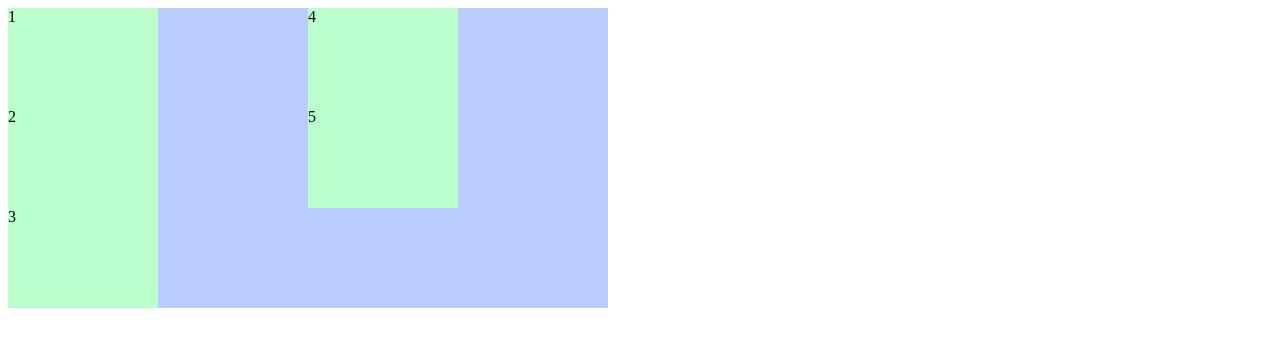
Repository: liutian97/learn1
Page: 移动端web开发/代码/2. Flex 伸缩布局/08-flex-flow复合属性.html
These files come from the project's save history. The page is drawn as it stood at one moment and after the next save; the edit follows.
The browser window is 1280 px wide. The pictures show the whole page.

Above is the page before, as saved 2022-07-02 17:40:01.

### 移动端web开发/代码/2. Flex 伸缩布局/08-flex-flow复合属性.html
<!DOCTYPE html>
<html lang="en">

<head>
  <meta charset="UTF-8">
  <meta name="viewport" content="width=device-width, initial-scale=1.0">
  <meta http-equiv="X-UA-Compatible" content="ie=edge">
  <title>Document</title>
  <style>
    div {
      display: flex;
      width: 600px;
      height: 300px;
      background-color: #bcf;
      flex-direction: column;
      flex-wrap: wrap;
      /* flex-direction: column;
            flex-wrap: wrap; */
      /* 把设置主轴方向和是否换行（换列）简写 */
      /* flex-flow: column wrap; */
    }

    div span {
      width: 150px;
      height: 100px;
      background-color: #bfc;
    }
  </style>
</head>

<body>
  <div>
    <span>1</span>
    <span>2</span>
    <span>3</span>
    <span>4</span>
    <span>5</span>
  </div>
</body>

</html>

After the next save:
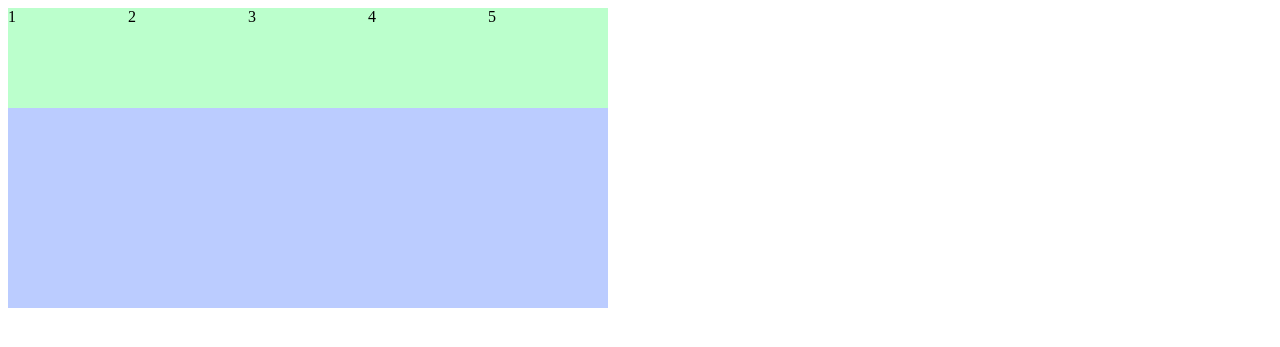
Saved 10 s later.
--- a/移动端web开发/代码/2. Flex 伸缩布局/08-flex-flow复合属性.html
+++ b/移动端web开发/代码/2. Flex 伸缩布局/08-flex-flow复合属性.html
@@ -12,8 +12,8 @@
       width: 600px;
       height: 300px;
       background-color: #bcf;
-      flex-direction: column;
-      flex-wrap: wrap;
+      /* flex-direction: column;
+      flex-wrap: wrap; */
       /* flex-direction: column;
             flex-wrap: wrap; */
       /* 把设置主轴方向和是否换行（换列）简写 */

After the 2 saves that followed:
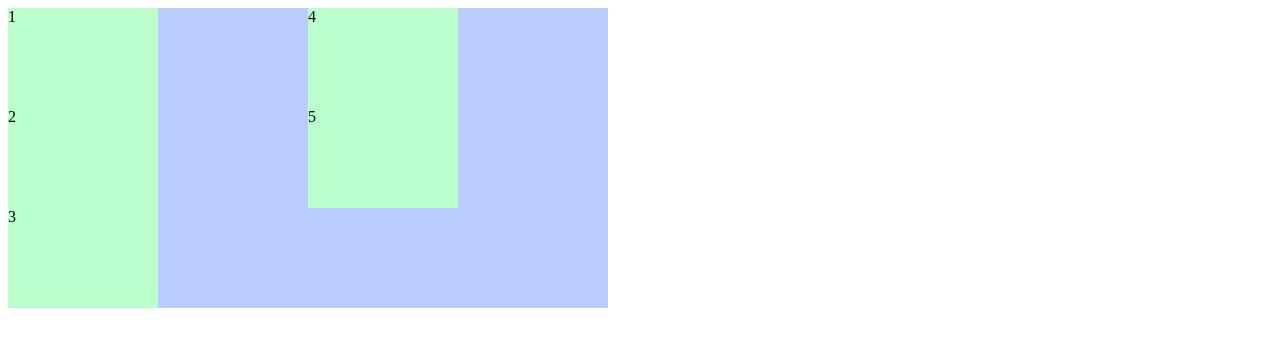
The 2 saves are shown as one change because 1 left the picture as it was.
The last was saved 13 s later.
--- a/移动端web开发/代码/2. Flex 伸缩布局/08-flex-flow复合属性.html
+++ b/移动端web开发/代码/2. Flex 伸缩布局/08-flex-flow复合属性.html
@@ -14,10 +14,8 @@
       background-color: #bcf;
       /* flex-direction: column;
       flex-wrap: wrap; */
-      /* flex-direction: column;
-            flex-wrap: wrap; */
       /* 把设置主轴方向和是否换行（换列）简写 */
-      /* flex-flow: column wrap; */
+      flex-flow: column wrap;
     }
 
     div span {
